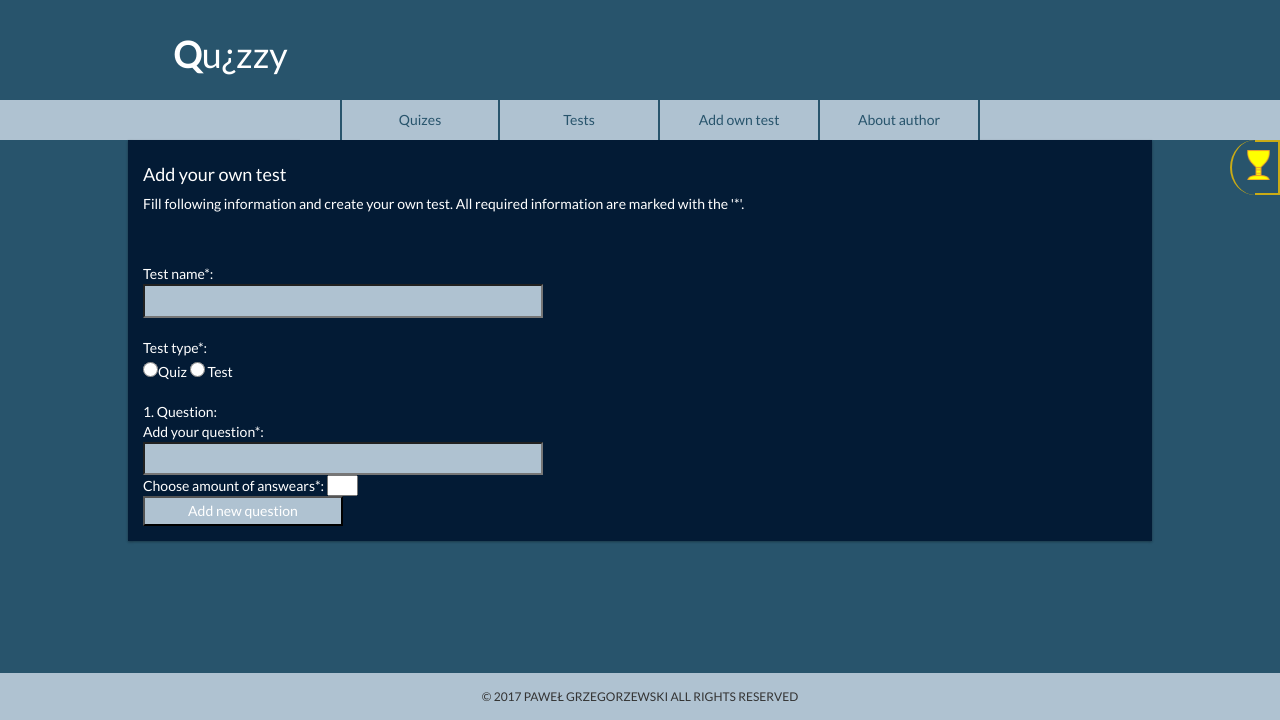
Repository: pgrzegorzewski/quiz
Page: http://localhost/app/add_test.php
An editor plug-in stored every save of this project. The page is shown before and after the next save, followed by the edit.
The browser window is 1280 px wide. The pictures show the whole page.
Some web libraries are served in a nearby version. The page is run by PHP 8.4 with error messages shown; the project is at /var/www/html/.

Above is the page before, as saved 2017-09-17 19:58:30.

### htdocs/app/learningapp/app/add_test.php
<!DOCTYPE html>
<html>
<head>
	<meta name="viewport" content="width=device-width, initial-scale=1.0">
	<meta http-equiv="content-type" content="text/html; charset=utf-8">
	<meta charset="utf-8">
	<link rel="stylesheet" href="https://maxcdn.bootstrapcdn.com/bootstrap/3.3.7/css/bootstrap.min.css">
	<script src="https://ajax.googleapis.com/ajax/libs/jquery/3.1.1/jquery.min.js"></script>
	<script src="https://maxcdn.bootstrapcdn.com/bootstrap/3.3.7/js/bootstrap.min.js"></script>
	<link href="https://fonts.googleapis.com/css?family=Lato" rel="stylesheet">
	<link rel="StyleSheet" href="../css/index.css" />
	<link rel="StyleSheet" href="../css/question.css" />
	<link rel="StyleSheet" href="../css/add_test.css" />
	<link rel="StyleSheet" href="../css/side_menu_leaderboard.css" />
	<script type="text/javascript" src="../js/question.js"></script>
	<script type="text/javascript" src="../js/add_test.js"></script>
	<script type="text/javascript" src="../js/side_menu_leaderboard.js"></script>
</head>

<body>

<div class="container-fluid">

	<div class= "sidemenu_2">

	</div>
	<div class= "sidemenu">
		<p style="cursor:pointer"><img src = "../resources/img/trophy.png" height = "50px" onmouseover="openLeaderboard()"/></p> <!-- &#9776; -->
	</div>
	<div id = 'leaderboard' class = 'leaderboard' onmouseleave = "closeLeaderboard()" >
		<a href = "javascript:void(0)" class = "closebtn" onclick = "closeLeaderboard()">&times;</a>
		test 1000pts;
	</div>


	<header class ="header">
		<h1 id="title"><a href ="index.php"><b>Q</b>u¿zzy</a></h1>
	</header>

	<div class="nav">
		<ol>
			<li>
				<a href ='quiz.php'>Quizes</a>
			</li>
			<li>
				<a href ='#'>Tests</a>
				<ul>
					<li><a href="#">Personality</a></li>
					<li><a href="#">Cultural</a></li>
					<li><a href="#">Science</a></li>
					<li><a href="entertaining_test.php">Entertaining</a></li>
				</ul>
			</li>
			<li>
				<a href="#" id = "visited">Add own test</a>
			</li>
			<li>
				<a href ='#'>About author</a>
			</li>
		</ol>
	</div>

	<section class = "section">
		<div id ="welcome_div">
			<h4>Add your own test</h4>
			<div id = "add_test_container">
				<p>Fill following information and create your own test. All required information are marked with the '*'.</p>
				<br><br>
				<form>
				  Test name*:<br>
				  <input class = "testGeneralInformation" id = "testName" type ="text" name ="test_name"><br><br>
				  Test type*:<br>
				  <input type ="radio" name ="testTypeChoose" value = "quiz">Quiz
				  <input type ="radio" name ="testTypeChoose" value ="test"> Test
				</form><br>
				<div id = "question_container">
					<div class = 'new_question_div'>
						<form class = "newQuestion" id = '1'>
						1. Question:<br>
						Add your question*:<br>
						<input class = "testGeneralInformation" type = "text" name = "question"><br>
						Choose amount of answears*:
						<select id = "selectAnswears1" name="answears_amount"  onchange="addAnswears(this)">
							  <option value="2">2</option>
							  <option value="3">3</option>
							  <option value="4">4</option>
						</select>
						<div id = "question_answears_container_1"></div>
						<input class = "nextQuestionAdd" id = '1' type = "button" value = "Add new question" onclick = "addNewQuestion(this)">
						</form>
					</div>
				</div>
			</div>
		</div>

	</section>
	<div class="footer">
		© 2017 PAWEŁ GRZEGORZEWSKI ALL RIGHTS RESERVED
	</div>
</div>


<script type="text/template" id="questionTemplate">
    <br>
	<div class = 'new_question_div'>
		<form class = "newQuestion" id = "{{id}}">
		{{id}} . Question:<br>
		Add your question*:<br>
		<input class = "testGeneralInformation" type = "text" name = "question"><br>
			Choose amount of answears*:
			<select id = 'selectAnswears{{id}}' name="answears_amount" onchange="addAnswears(this)">
				  <option value="2">2</option>
				  <option value="3">3</option>
				  <option value="4">4</option>
			</select>
			<div id = "question_answears_container_{{id}}"></div>
				<input class = "nextQuestionAdd" id = "{{id}}" type = "button" value = "Add new question" onclick = "addNewQuestion(this)">
		</form>
	</div>
</script>


<script type="text/template" id="questionAnswearsTemplate">
    <br>
	<table>
		<tr>
			<td class = 'questionAnswear{{id}} id = 'answear{{id}}A' hidden = true>A<br/><input class = "question_answear_input" type = "text" name = "answear{{id}}A"></td>
			<td class = 'questionAnswear{{id}} id = 'answear{{id}}B' hidden = true>B<br/><input class = "question_answear_input" type = "text" name = "answear{{id}}B"></td>
			<td class = 'questionAnswear{{id}} id = 'answear{{id}}C' hidden = true>C<br/><input class = "question_answear_input" type = "text" name = "answear{{id}}C"></td>
			<td class = 'questionAnswear{{id}} id = 'answear{{id}}D' hidden = true>D<br/><input class = "question_answear_input" type = "text" name = "answear{{id}}D"></td>
		</tr>
	</table>
</script>


</body>
</html>


<?php
	$answearAmount = 2;

	function setAnswearAmount($value){
		$answearAmount = $value;
	}
?>

### htdocs/app/learningapp/css/index.css

.container-fluid
{
	min-height: 100%;
	background-color:#28546C;
	width:100%;
	font-family: 'Lato', sans-serif;
	margin: 0;
	padding:0;
}

h1 > a
{
	text-decoration:none;
	color: white;
}

h1 > a:hover
{
	text-decoration:none;
	color: white;
}

h1 > a:active
{
	text-decoration:none;
	color: white;
}

img{
	padding:10px;
}

#img2{
	padding:3px;
	padding-bottom:12px;
}

html {
    font-family: "Lucida Sans", sans-serif;
    background-color:#28546C;
}

h1, h2, h3 ,h4{
	color: white;
	text-align:ceter;
}

#title{
	margin-left:30px;
}

body
{
	height:100%;
	padding-bottom:60px;
	background-color:#28546C;
	margin:0 !important;

}


.title {
	text-align:center;
}

.buttons_next_prev{
	text-align:center;
}


.header {
	width:80%;
	margin:0 auto;
    background-color: #28546C;
    color: #ffffff;
    padding: 15px;
	text-decoration: none;

}

.menu_header {
	width:80%;
    background-color: #CCCCCC;
    padding: 10px;
    color: white;
    text-align: center;
    font-size: 14px;
    box-shadow: 0 1px 3px rgba(0,0,0,0.12), 0 1px 2px rgba(0,0,0,0.24);
	width:auto;
}


.section{

	width: 80%;
	margin:0 auto;
	background-color: #031B35;
    padding: 15px;
    color: white;
    text-align: justify;
    font-size: 14px;
    box-shadow: 0 1px 3px rgba(0,0,0,0.12), 0 1px 2px rgba(0,0,0,0.24);
}

td
{
	padding-right:12px;
}


.canvas{

	 width: 500px;
	 height: 300px;
	 color: #FFFFFF;
}

.nav {
	width:100%;
	background-color:#AFC2D1;
	text-align: center;

}

.nav ol
{
	margin:0;
	background-color:#AFC2D1;
	list-style:none;
	line-height: 200%;
	display:inline-block;
	vertical-align:middle;
	height:40px;
	width:680px;
}


ol a
{
	color: #28546C;
	text-decoration:none;
	display:block;
	height:40px;
	padding:6px;
	vertical-align: middle;
	text-align: center;
	z-index:200;
}

ol > li
{
	list-style:none;
	width: 160px;
	color: #28546C;
	background-color:#AFC2D1;
	border-right:2px solid #28546C;
	float:left;
	display: table-cell;

}

ol > li:hover
{
	background-color:#CAAB15;

}

ol > li a:hover
{
	color:white;
	border: 1px solid white;
}

ol > li:hover > ul
{
	display:block;
}

ol > li:hover > a
{
	color:white;
	border: 1px solid white;
}


ol > li:first-child
{
	border-left:2px solid #28546C;
}

ol > li > ul
{
	display: none;
	position: relative;
	z-index: auto;
	list-style-type: none;
	padding:0;
	margin:0 auto;
}

ol > li > ul > li
{
	border-top: 2px solid #28546C;
	background-color: #AFC2D1;

}

ol > li > ul > li > a
{
	width: 160px;
}

ol > li > ul > li:hover
{
	background-color:#CAAB15;
}

ol > li > ul > li > a:hover
{
	color:white;
	border: 1px solid white;
}

.section a:link, a:visited {

    background-color: #CCCCCC;
	padding: 3px;
	width: 50px;
    text-decoration: none;
}


.section a:hover, a:active {
    background-color: #999999;
	color: white;
}

.answear_header
{
	height:76px;
}

.answear_img
{
	margin-left:120px;
	float: left;
	height: 50px;

}
.answear
{
 	display: table;
	float: left;
	height:50px;
}


.answear > p
{
 	display: table-cell;
	vertical-align: middle;
}


.footer {
    background-color: #AFC2D1;
    font-size: 12px;
    padding: 15px;
    bottom: 0;
    position : fixed;
    width: 100%;
    text-align:center;

}

.submenu{
	display:none;
}



@media only screen and (min-width: 768px) and (max-width: 922px) {
    .col-m-1 {width: 8.33%;}
    .col-m-2 {width: 16.66%;}
    .col-m-3 {width: 25%;}
    .col-m-4 {width: 33.33%;}
    .col-m-5 {width: 41.66%;}
    .col-m-6 {width: 50%;}
    .col-m-7 {width: 58.33%;}
    .col-m-8 {width: 66.66%;}
    .col-m-9 {width: 75%;}
    .col-m-10 {width: 83.33%;}
    .col-m-11 {width: 91.66%;}
    .col-m-12 {width: 100%;}
}

@media only screen and (min-width: 922px) and (max-width: 1200px) {
    .col-1 {width: 8.33%;}
    .col-2 {width: 16.66%;}
    .col-3 {width: 25%;}
    .col-4 {width: 33.33%;}
    .col-5 {width: 41.66%;}
    .col-6 {width: 50%;}
    .col-7 {width: 58.33%;}
    .col-8 {width: 66.66%;}
    .col-9 {width: 75%;}
    .col-10 {width: 83.33%;}
    .col-11 {width: 91.66%;}
    .col-12 {width: 100%;}
}

@media only screen and (min-width: 1200px){
    .col-1 {width: 8.33%;}
    .col-2 {width: 16.66%;}
    .col-3 {width: 25%;}
    .col-4 {width: 33.33%;}
    .col-5 {width: 41.66%;}
    .col-6 {width: 50%;}
    .col-7 {width: 58.33%;}
    .col-8 {width: 66.66%;}
    .col-9 {width: 75%;}
    .col-10 {width: 83.33%;}
    .col-11 {width: 91.66%;}
    .col-12 {width: 100%;}
}

### htdocs/app/learningapp/css/question.css
#question
{
	text-align: center;

}


#question button{
	min-width: 50px;
	text-align: center;
}

#question th{
	min-width: 50px;
	text-align: center;
}

td, th > #question{
	min-width: 90px;
	padding:10px;
	text-align: center;
}

### htdocs/app/learningapp/css/add_test.css
.testGeneralInformation
{
	color:#28546C;
	background-color:#AFC2D1;
	font-size:19px;
	width:400px;
	text-align:center;
}

input[type="radio"]
{
	border-radius: 15px;
	width:15px;
	height:15px;
}

.nextQuestionAdd
{
	width:200px;
	height:30px;
	background-color:#AFC2D1;
	font-color:#28546C;
}

### htdocs/app/learningapp/css/side_menu_leaderboard.css
.leaderboard
{
	height:40%;
	width:0;
	position: fixed;
	z-index: 250;
	top: 140px;
	right: 0;
	border:0px solid #CAAB15;
	background-color:#AFC2D1;
	overflow-x: hidden;
	transition: 0.5s;
	padding-top: 60px;
	hidden:true;
	text-align:center;
}

.leaderboard .closebtn{
	position: absolute;
	top: 0;
	right:5px;
	font-size: 25px;
	margin-right: 0px;
}

.sidemenu
{
	height:55px;
	width:50px;
	border-radius:100%;
	border-left:2px solid #CAAB15;
	position: fixed;
	z-index: 200;
	top: 140px;
	right: 0;
	font-size:20px;
	text-align:center;
}

.sidemenu_2
{
	height:55px;
	width:25px;
	position: fixed;
	z-index: 150;
	top: 140px;
	right: 0;
	border-bottom:2px solid #CAAB15;
	border-top:2px solid #CAAB15;
	border-right:2px solid #CAAB15;
}

### htdocs/app/learningapp/js/question.js
window.addEventListener("resize", answearPositionChange);
window.addEventListener("load", answearPositionChange);

var success_alerts = ["Yeah, You are right;)", "Great, You earn a point", "Wow! Amazing", "Point for You;)"];
var failure_alerts = ["Maybe next time will be better", "Nope, not this time:(", "Unfortunately not;/", "That s not Your day;/"];



function checkAnswear(button)
{
	var image = document.createElement("img");
	image.setAttribute("height", "50px");
	image.setAttribute("width", "50px");

	if(button.id == 1){
		image.setAttribute("src", "../resources/img/correct.png");
	}
	else{
		image.setAttribute("src", "../resources/img/error.png");
	}

	blockButtons();
	document.getElementById("answear").innerText = drawAnswearAlert(button.id);
	document.getElementById("answear_img").appendChild(image);
	/*if(window.innerWidth > 765)
	{
		image.setAttribute("align", "left");
		document.getElementById("answear_img").appendChild(image);
	}
	else
		document.getElementById("answear").appendChild(image);*/
	changeClassButton(button, button.id);

}

function drawAnswearAlert(answearType)
{
	if(answearType == 1)
		return success_alerts[Math.floor(Math.random() * success_alerts.length)];
	else
		return failure_alerts[Math.floor(Math.random() * failure_alerts.length)];

}

function changeClassButton(button, id)
{
	if(id == 1)
	{
		button.classList.remove('btn-info');
		button.classList.add('btn-success');
	}
	else
	{
		button.classList.remove('btn-info');
		button.classList.add('btn-danger');
	}

}

function blockButtons()
{
	$(".btn").attr("disabled", "disabled");
}



function answearPositionChange() {
	if(window.innerWidth < 765){
		$(".answear_header").height(20);
		//$("#answear").width($(".col-sm-6").width()-100);				//
		//$("#answear").css('text-align',  'center');
		//$("#answear > img").attr('align' ,'middle');
	}
	else
	{
		$(".answear_header").height(76);
	}
}

### htdocs/app/learningapp/js/add_test.js
function addNewQuestion(button)
{
	button.hidden = true;
	var id = Number(button.id) + 1;

	var questionTemplate = $("#questionTemplate").html();

	$("#question_container").append(questionTemplate.replace(/{{id}}/g, id));
}

function addAnswears(select)
{
	select.disabled = true;

	var id = select.id.slice(-1);
	console.log(id);

	var answearContainer = '#question_answears_container_' + id;
	console.log(answearContainer);

	var questionAnswearTemplate = $("#questionAnswearsTemplate").html();
	$(answearContainer).append(questionAnswearTemplate.replace(/{{id}}/g, id));

	var activeAnswears = select.options[select.selectedIndex].value;

	showAnswears(activeAnswears, id);


}

function showAnswears(activeAnswears, id)
{
	var classString = "questionAnswear" + id;

	var answears = document.getElementsByClassName("questionAnswear" + id);

	console.log(answears.length);
	for (i = 0; i < activeAnswears; i++) {
	    answears[i].hidden = false;
	}
}

### htdocs/app/learningapp/js/side_menu_leaderboard.js
function openLeaderboard()
{
	document.getElementById("leaderboard").style.width = "250px";
	document.getElementById("leaderboard").style.border = "2px solid #CAAB15";

}

function closeLeaderboard()
{
	document.getElementById("leaderboard").style.width = "0px";
	document.getElementById("leaderboard").style.border = "0px solid #CAAB15";
}

After the next save:
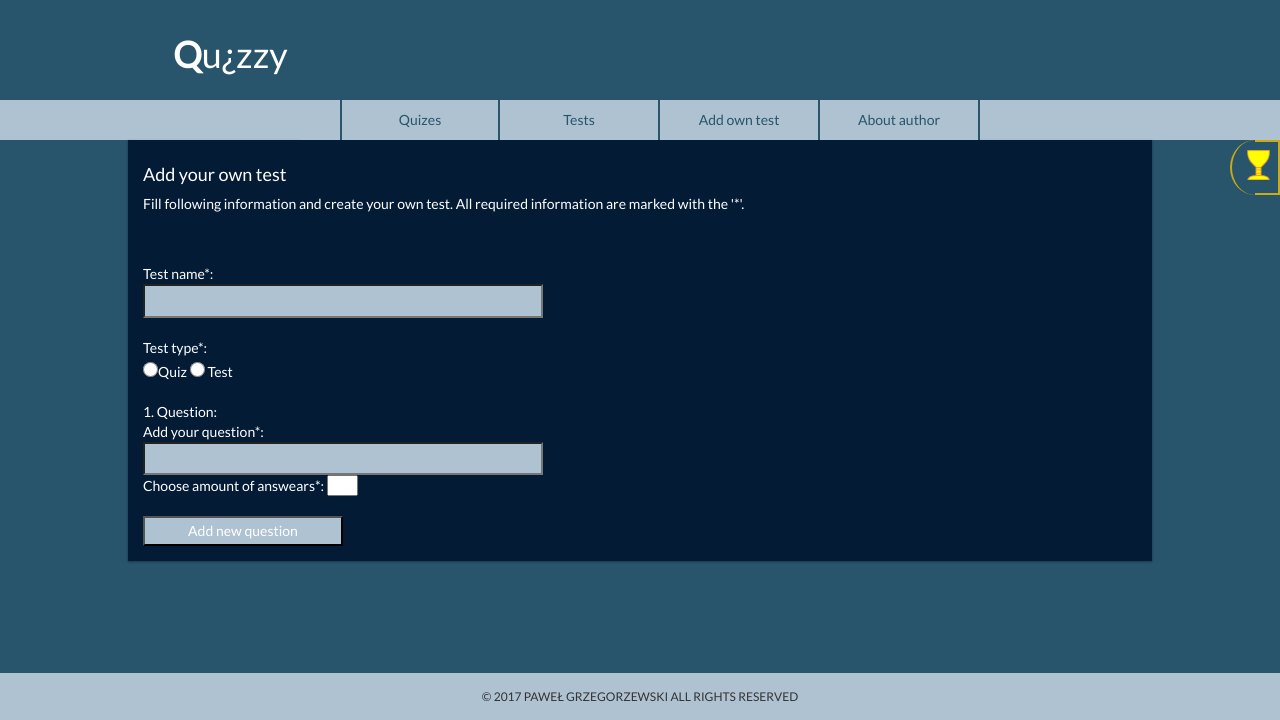
Saved 30 s later.
--- a/htdocs/app/learningapp/app/add_test.php
+++ b/htdocs/app/learningapp/app/add_test.php
@@ -85,7 +85,7 @@
 							  <option value="3">3</option>
 							  <option value="4">4</option>
 						</select>
-						<div id = "question_answears_container_1"></div>
+						<div id = "question_answears_container_1"></div><br>
 						<input class = "nextQuestionAdd" id = '1' type = "button" value = "Add new question" onclick = "addNewQuestion(this)">
 						</form>
 					</div>
